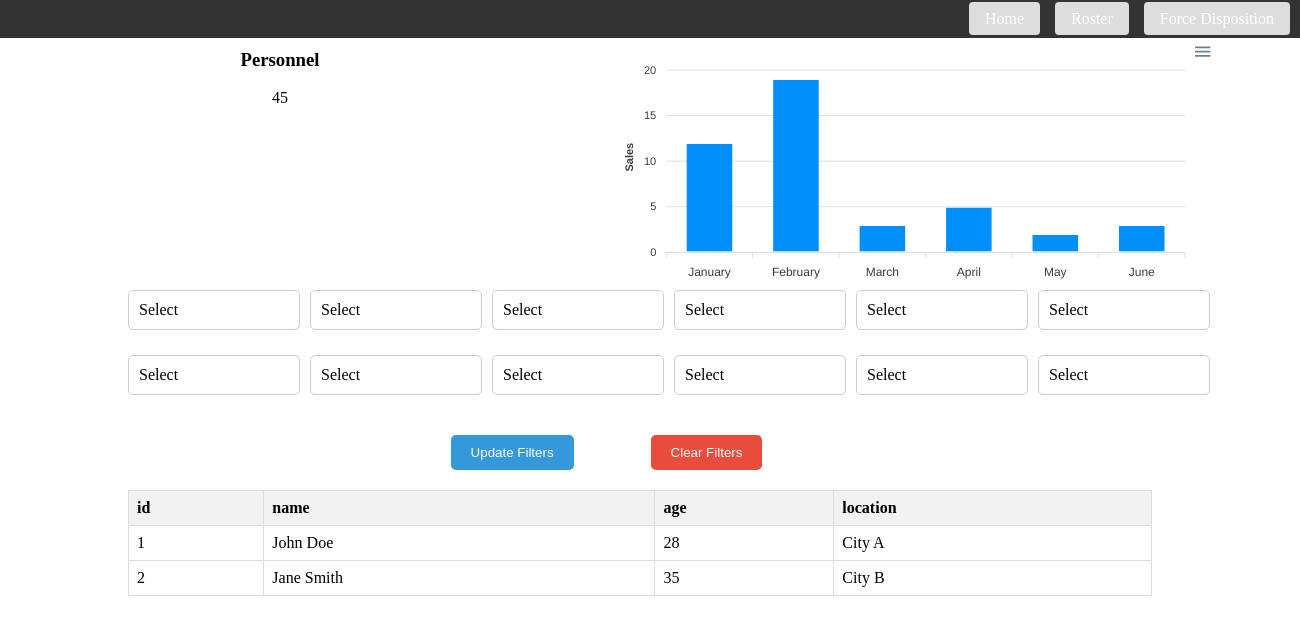
Repository: mjquesada/j2x_react
Page: /roster
The author's editor kept a copy of each file at every save. The page is drawn from the files as they stood at one save, then again after the next save.
The browser window is 1280 px wide. The page is 1300 px wide, so the pictures cover 1300 px, including what lies to the right of the window. The pictures show the whole page.
The project was rebuilt for these pictures with package versions that can differ from the ones it lists, and the page was loaded fresh each time. Also part of the build but not shown: src/components/Box.js, src/components/Tile.js, src/components/Home.jsx, src/components/Map.js, src/components/Force.jsx.

Above is the page before, as saved 2024-03-12 13:18:30.

After the next save:
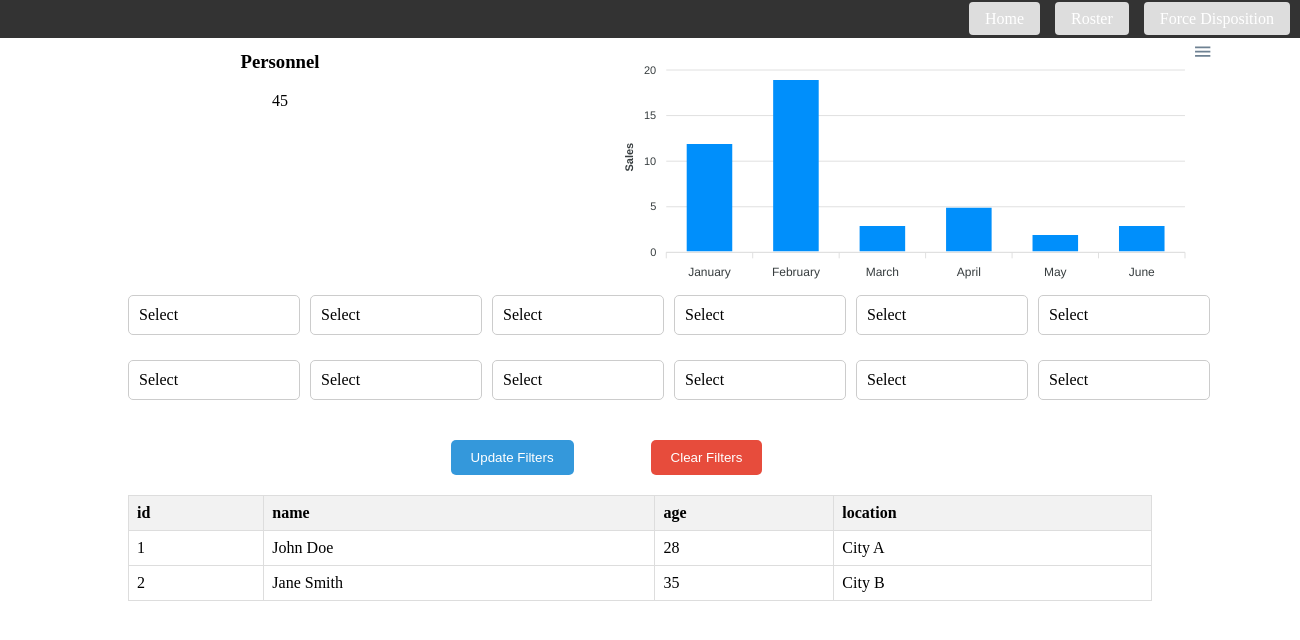
Saved 8 s later.
--- a/src/index.css
+++ b/src/index.css
@@ -143,7 +143,7 @@ body {
 
 .bar-chart {
   width: 100%; /* Ensure the chart takes up the full width */
-  padding: 20px 20px 40px 20px;
+  padding: 20px 20px 45px 20px;
   /* Additional styling */
 }
 
